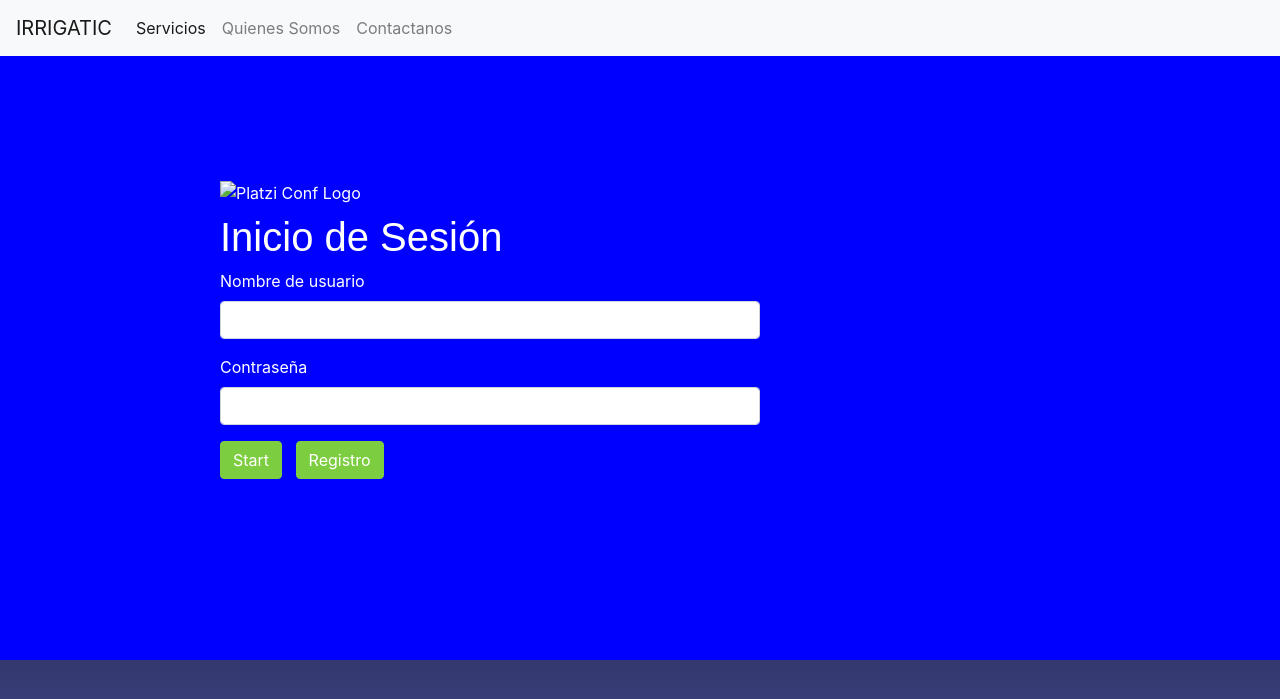
Repository: CristianPalta1/pages_react
Page: /
The author's editor kept a copy of each file at every save. The page is drawn from the files as they stood at one save, then again after a run of saves.
The browser window is 1280 px wide. The pictures show the whole page.
The project was rebuilt for these pictures with package versions that can differ from the ones it lists, and the page was loaded fresh each time. Also part of the build but not shown: src/components/Container.jsx, src/pages/Dashboard.jsx, src/pages/IngresoDoc.jsx, src/pages/NotifiDoc.jsx, src/pages/styles/Badges.css, src/components/Registros.jsx, src/components/styles/BadgesList.css, src/components/BadgeList.jsx and 6 more.

Above is the page before, as saved 2019-08-29 15:03:08.

After the next 2 saves:
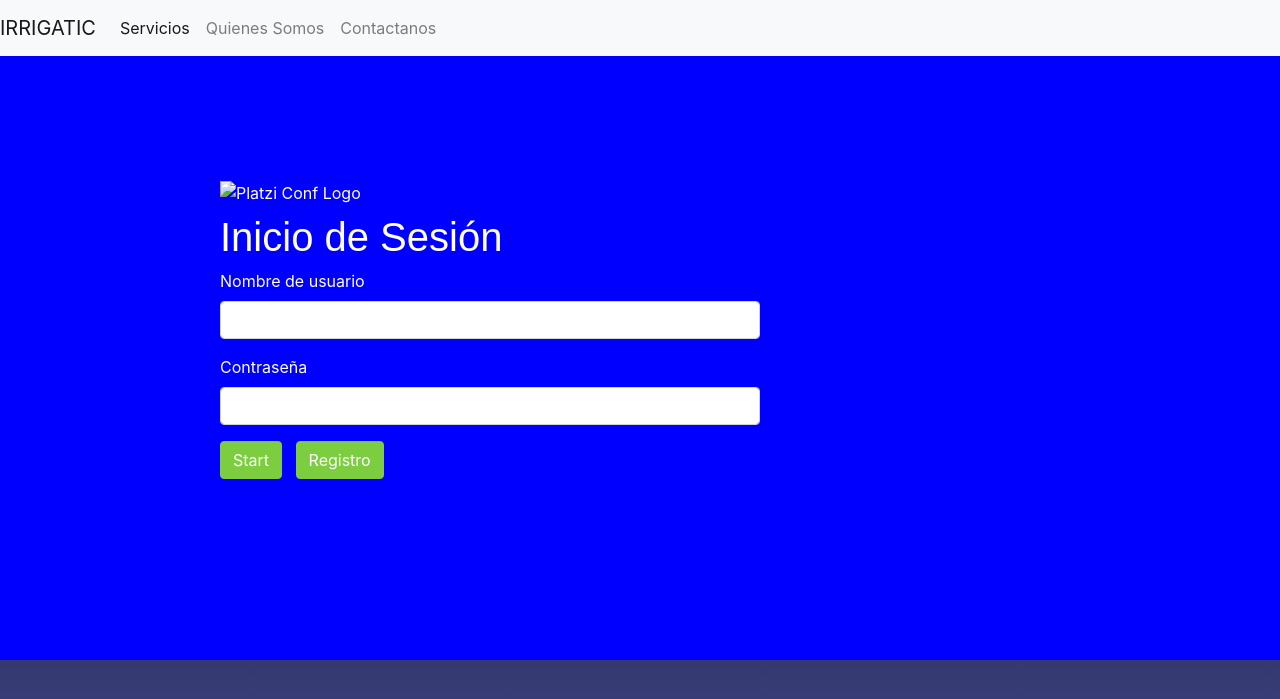
The 2 saves are shown as one change because they came seconds apart.
The last was saved 19 s later.
--- a/src/components/Navbar.jsx
+++ b/src/components/Navbar.jsx
@@ -8,7 +8,7 @@ import "./styles/Navbar.css";
 class Navbar extends React.Component {
   render() {
     return (
-      <nav className="Nav navbar navbar-expand-lg navbar-light bg-light fixed-top" role="navigation">
+      <nav className="Navbar navbar navbar-expand-lg navbar-light bg-light fixed-top" role="navigation">
         <a className="navbar-brand" href="#">
           IRRIGATIC
         </a>
